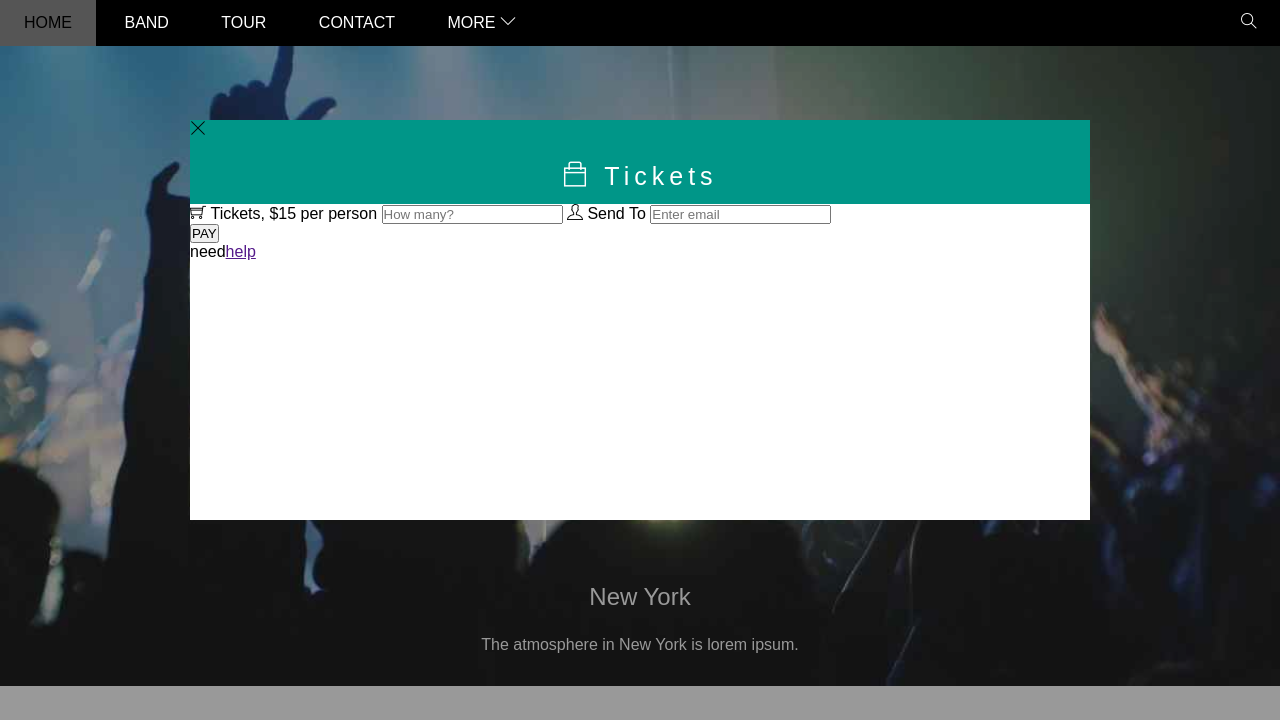
Repository: tung1233hhhhhhhhhhhhh/Website
Page: w3_band/index.html
An editor plug-in stored every save of this project. The page is shown before and after the next save, followed by the edit.
The browser window is 1280 px wide. The pictures show the window.
A layer covers the whole window, so only the first screen is drawn.

Above is the page before, as saved 2023-02-18 21:28:52.

### w3_band/index.html
<!DOCTYPE html>
<html lang="en">

<head>
    <meta charset="UTF-8">
    <meta http-equiv="X-UA-Compatible" content="IE=edge">
    <meta name="viewport" content="width=device-width, initial-scale=1.0">
    <title>Document</title>
    <link rel="stylesheet" href="./assets/css/style.css">
    <link rel="stylesheet" href="/w3_band/assets/fonts/themify-icons/themify-icons.css">
    <link rel="stylesheet" href="./modal.js">
</head>

<body>
    <div id="main">
        <div id="header">
            <div id="nav">
                <ul>
                    <li><a href="">Home</a></li>
                    <li><a href="">Band</a></li>
                    <li><a href="">Tour</a></li>
                    <li><a href="">Contact</a></li>
                    <li class="icon">
                        <a href="">
                            More
                            <i class="ti-angle-down"></i>
                        </a>
                        <div class="subnav">
                            <ul>
                                <li><a href="">Merchandise</a></li>
                                <li><a href="">Extras</a></li>
                                <li><a href="">Media</a></li>
                            </ul>
                        </div>
                    </li>
                </ul>
                <div class="icon-search">
                    <i class="ti-search"></i>
                </div>
            </div>
        </div>

        <div id="slider">
            <div class="silder-content">
                <h2 class="silder-heading">New York</h2>
                <p class="silder-discreption">The atmosphere in New York is lorem ipsum.</p>
            </div>
        </div>

        <div id="content">
            <!-- about content -->
            <div class="content-selection">
                <h2 class="text-heading">THE BAND</h2>
                <p class="text-sub-heading">We love music</p>
                <p class="text-content">
                    We have created a fictional band website. Lorem ipsum dolor sit amet, consectetur adipiscing elit,
                    sed do eiusmod tempor incididunt ut labore et dolore magna aliqua. Ut enim ad minim veniam, quis
                    nostrud exercitation ullamco laboris nisi ut aliquip ex ea commodo consequat. Duis aute irure dolor
                    in reprehenderit in voluptate velit esse cillum dolore eu fugiat nulla pariatur. Excepteur sint
                    occaecat cupidatat non proident, sunt in culpa qui officia deserunt mollit anim id est laborum
                    consectetur adipiscing elit, sed do eiusmod tempor incididunt ut labore et dolore magna aliqua. Ut
                    enim ad minim veniam, quis nostrud exercitation ullamco laboris nisi ut aliquip ex ea commodo
                    consequat.
                </p>
                <!-- img -->
                <div class="team-selection">
                    <div class="sub-selection">
                        <p class="text-selection">Team</p>
                        <img src="/w3_band/assets/img/name.jpg" alt="" class="img-selection">
                    </div>

                    <div class="sub-selection">
                        <p class="text-selection">Team</p>
                        <img src="/w3_band/assets/img/name.jpg" alt="" class="img-selection">
                    </div>

                    <div class="sub-selection">
                        <p class="text-selection">Team</p>
                        <img src="/w3_band/assets/img/name.jpg" alt="" class="img-selection">
                    </div>
                </div>
            </div>

            <!-- tour content -->

            <div class="content-tour">
                <div class="tour-body">
                    <div class="content-selection">
                        <h2 class="text-heading">TOUR DATES</h2>
                        <p class="text-sub-heading">Remember to book your tickets!</p>
                    </div>

                    <ul class="tour-text">
                        <li>
                            September
                            <span>Sold out</span>
                        </li>
                        <li>
                            October
                            <span>Sold out</span>
                        </li>
                        <li>
                            November
                            <span class="number">3</span>
                        </li>
                    </ul>

                    <div class="tour-list">
                        <div class="tourimg-selection">
                            <img src="/w3_band/assets/img/anh1.jpg" alt="">
                            <div class="container">
                                <p>
                                    <b>New York</b>
                                </p>
                                <p style="opacity: 0.6;">Fri 27 Nov 2016</p>
                                <p>Praesent tincidunt sed tellus ut rutrum sed vitae justo.</p>
                                <button> Buy Tickets</button>
                            </div>


                        </div>
                        <div class="tourimg-selection">
                            <img src="/w3_band/assets/img/anh2.jpg" alt="">
                            <div class="container">
                                <p>
                                    <b>Paris</b>
                                </p>
                                <p style="opacity: 0.6;">Sat 28 Nov 2016</p>
                                <p>Praesent tincidunt sed tellus ut rutrum sed vitae justo.</p>
                                <button> Buy Tickets</button>
                            </div>
                        </div>
                        <div class="tourimg-selection">
                            <img src="/w3_band/assets/img/anh3.jpg" alt="">
                            <div class="container">
                                <p>
                                    <b>San Francisco</b>
                                </p>
                                <p style="opacity: 0.6;">Sun 29 Nov 2016</p>
                                <p>Praesent tincidunt sed tellus ut rutrum sed vitae justo.</p>
                                <button> Buy Tickets</button>
                            </div>
                        </div>
                    </div>
                </div>
            </div>

            <!-- contact content -->

            <div class="contact-content">
                <div class="content-selection">
                    <h2 class="text-heading">CONTACT</h2>
                    <p class="text-sub-heading">Fan? Drop a note!</p>
                    <div class="contact">
                        <div class="contact-left">
                            <i class="ti-location-pin"></i>
                            Chicago, US
                            <br>
                            <i class="ti-mobile"></i>
                            Phone: +00 151515
                            <br>
                            <i class="ti-email"></i>
                            Email: mail@mail.com
                        </div>
                        <div class="contact-right">
                            <form action="">
                                <div class="account">
                                    <input type="text" placeholder="Name">
                                    <input type="text" placeholder="Email">
                                </div>
                                <input class="mes" type="text" placeholder="Message">
                                <button>SEND</button>
                            </form>
                        </div>
                    </div>
                </div>

            </div>

            <!-- image of location/map -->

            <div class="banner-image">
                <img src="/w3_band/assets/img/map.jpg" alt="">

            </div>


        </div>

        <div id="footer">
            <i class="ti-facebook"></i>
            <i class="ti-instagram"></i>
            <i class="ti-vimeo-alt"></i>
            <i class="ti-pinterest"></i>
            <i class="ti-twitter-alt"></i>
            <i class="ti-linkedin"></i>
            <p>Powered by <a href="">w3.css</a></p>
        </div>
    </div>
    <div class="modal">
        <div class="modal-container">
            <div class="modal-close">
                <i class="ti-close"></i>
            </div>
            <header>
                <i class="ti-bag"></i>
                Tickets

            </header>
            <div class="modal-body">
                <label for="" class="modal-lable">
                    <i class="ti-shopping-cart"></i>
                    Tickets, $15 per person
                </label>
                <input type="text" class="input-lable" placeholder="How many?">
                <label for="" class="modal-lable">
                    <i class="ti-user"></i>
                    Send To
                </label>
                <input type="text" class="input-lable" placeholder="Enter email">
            </div>
            <button class="modal-button">PAY</button>
            <p>need<a href="">help</a></p>

        </div>
    </div>


</body>

</html>

### w3_band/assets/css/style.css
* {
    padding: 0;
    margin: 0;
    box-sizing: border-box;
}

html {
    font-family: Arial, Helvetica, sans-serif;
}

#main {}

#header {
    height: 46px;
    background-color: #000;
    position: fixed;
    top: 0;
    right: 0;
    left: 0;
    z-index: 1;
}

#nav li {
    display: inline-block;
    position: relative;
}

#nav li:hover .subnav {
    display: block;
}

#nav>ul>li:hover>a>i,
#nav .subnav li:hover,
#nav>ul>li:hover>a {
    color: #000;
    background-color: #555;
}

#nav .subnav {
    display: none;
    position: absolute;
    background-color: #FFF;
    box-shadow: 0 0 20px rgba(0, 0, 0, 0.4);
}

#nav .subnav a {
    color: #000;
    padding: 0 12px;
    line-height: 38px;
}

#nav .subnav ul li {
    display: block;
    min-width: 150px;
}

#nav>ul>li>a {
    color: #fff;
    text-transform: uppercase;
}

#nav ul {
    display: inline-block;
}

#nav li a {
    text-decoration: none;
    line-height: 46px;
    padding: 0 24px;
    display: block;
}

#nav i {
    color: #fff;
    width: 20px;
}

#header .icon-search {
    display: block;
    float: right;
    line-height: 46px;
    padding: 0 23px;
}

#header .icon-search:hover {
    cursor: pointer;
    background-color: #f44336;
}

#slider {
    margin-top: 46px;
    padding-top: 50%;
    background: url(/w3_band/assets/img/ny.jpg) top center / cover no-repeat;
    position: relative;
}

.silder-content {
    position: absolute;
    bottom: 0;
    color: #fff;
    padding-bottom: 32px;
    text-align: center;
    width: 100%;
}

.silder-heading {
    font-weight: 500;
}

.silder-discreption {
    margin-top: 25px;
}

#content {}

#content .content-selection {
    padding: 64px 0px;
    margin-left: auto;
    margin-right: auto;
    width: 800px;
}

#content .content-selection .text-heading {
    text-align: center;
    font-size: 30px;
    font-weight: 500;
    letter-spacing: 4px;
}

#content .content-selection .text-sub-heading {
    text-align: center;
    font-size: 15px;
    margin-top: 25px;
    opacity: 0.6;
    font-style: italic;
}

#content .content-selection .text-content {
    font-size: 15px;
    margin-top: 25px;
    text-align: justify;
    line-height: 1.4;
}

#content .content-selection .team-selection {
    padding-top: 47px;
    padding-bottom: 32px;
    justify-items: space-between;
}

#content .team-selection .sub-selection {
    display: inline-block;
    text-align: center;
}

#content .sub-selection p {
    margin: 15px 0;
}



#content .team-selection .img-selection {
    width: 60%;
    border-radius: 4px;
    margin-bottom: 16px;
}

/* tour content  */


#content .content-tour {
    height: 850px;
    background-color: #000;
    color: #fff;
}

#content .content-tour .tour-body {
    width: 800px;
    margin-left: auto;
    margin-right: auto;
}

#content .content-tour .tour-text {
    background-color: #FFF;
    display: block;
    color: #000;
}

#content .tour-text>li {
    height: 22, 5px;
    padding: 8px 16px;
    list-style: none;
}

#content .tour-text>li:first-child {
    border-bottom: 1px solid #999;
}

#content .tour-text>li:last-child {
    border-top: 1px solid #999;
}

#content .tour-text span {
    /* border-radius: 4px; */
    display: inline-block;
    background-color: red;
    padding: 4px;
    margin-left: 4px;
    color: #fff;
}

#content .tour-text .number {
    /* margin-left: 50px; */
    background-color: black;
    float: right;
    border-radius: 50%;
    margin-top: -3px;
}

#content .tour-list {
    padding: 32px 0;
    right: 0;
    left: 0;
    margin: 0 -8px;
    position: relative;
}

#content .tourimg-selection {
    width: 33.33333%;
    float: left;
    padding: 0 8px;
    justify-content: space-between;
}

#content .tourimg-selection .container {
    /* text-align: center; */
    background-color: #fff;
    color: #000;
    height: 204px;
    padding-left: 16px;
    font-size: 15px;
    line-height: 1.5;
    margin-top: -4px;
    margin-bottom: 15px;
}



#content .tourimg-selection .container>p {
    padding-top: 15px;
}

#content .tourimg-selection .container button {
    color: #fff;
    background-color: #000;
    margin-top: 15px;
    text-align: center;
    cursor: pointer;
    white-space: nowrap;
    border: none;
    display: inline-block;
    padding: 8px 16px;
    vertical-align: middle;
    overflow: hidden;
    text-decoration: none;
}

#content .container button:hover {
    background-color: #ccc;
    color: #000;
}

#content .tourimg-selection img {
    width: 100%;
    background-image: cover;
}

/* contact content */


#content .contact-content {
    padding: 45px 0;
}

#content .contact {
    padding-top: 47px;
    padding-bottom: 32px;
}

#content .contact .contact-left {
    width: 49%;
    display: inline-block;
    font-size: 18px;
}

#content .contact .contact-left i {
    display: inline-block;
    font-size: inherit;
    width: 30px;
    line-height: 1.5;
}

#content .contact .contact-right {
    width: 49%;
    /* display: inline-block; */
    float: right;
}


.contact .contact-right form {
    width: 400px;
    position: relative;
    display: inline-block
}

.contact .contact-right form .account {
    margin-bottom: 10px;
}

.contact .contact-right .account input {
    padding: 8px;
    margin-right: 16px;
}

.contact .contact-right form .mes {
    width: 95.7%;
    padding: 8px;
}

.contact .contact-right form button {
    /* position: absolute; */
    margin: 16px 0;
    padding: 8px 16px;
    margin-left: 309px;
    background-color: black;
    color: #fff;
}

.contact .contact-right form button:hover {
    cursor: pointer;
    background-color: #ccc;
    color: black;
    border: none;
}

/* image of location/map */

.banner-image img {
    width: 100%;
    filter: grayscale(50%);
}

#content {}


#footer {
    padding: 64px 16px;
    text-align: center;
    justify-content: center;
    opacity: 0.6;
}

#footer p {
    margin: 30px 0;
    display: block;
    font-size: 15px;
}

#footer i {
    font-size: 25px;

    display: inline-block;
    text-rendering: auto;
}


.modal {
    position: fixed;
    top: 0;
    left: 0;
    right: 0;
    bottom: 0;

    background-color: rgba(0, 0, 0, 0.4);
}

.modal .modal-container {
    width: 900px;
    height: 400px;
    background-color: #FFF;
    margin: 0 auto;
    transform: translateY(30%);
    position: relative;
}

.modal .modal-container .modal-close {
    position: absolute;
}

.modal header {
    width: 900px;
    height: 65px;
    padding: 42px 16px;
    background-color: #009688;
    font-size: 25px;
    color: #FFF;
    letter-spacing: 5px;
    text-align: center;
    /* transform: translateY(50%); */
    align-items: center;


}

Loaded but not shown: w3_band/assets/fonts/themify-icons/themify-icons.css (common file); w3_band/modal.js (no stored copy; drawn as an empty file)

After the next save:
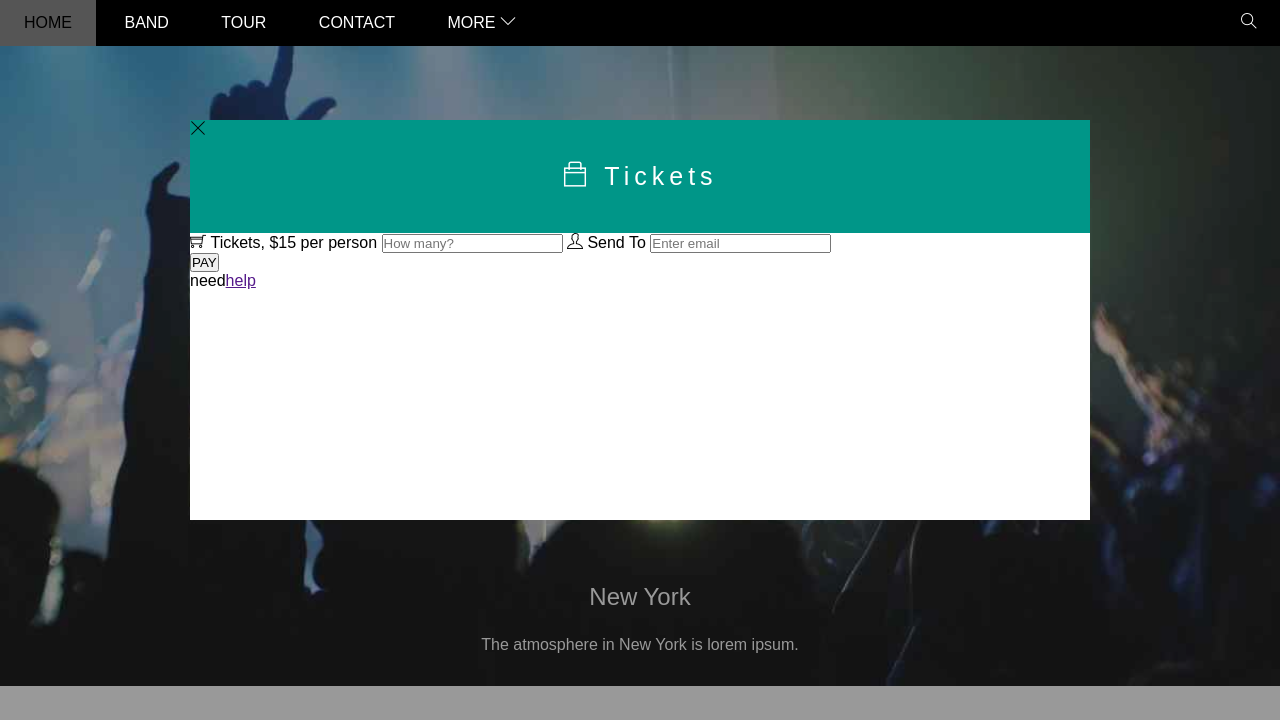
Saved 13 s later.
--- a/w3_band/assets/css/style.css
+++ b/w3_band/assets/css/style.css
@@ -399,7 +399,7 @@
 
 .modal header {
     width: 900px;
-    height: 65px;
+    /* height: 65px; */
     padding: 42px 16px;
     background-color: #009688;
     font-size: 25px;
